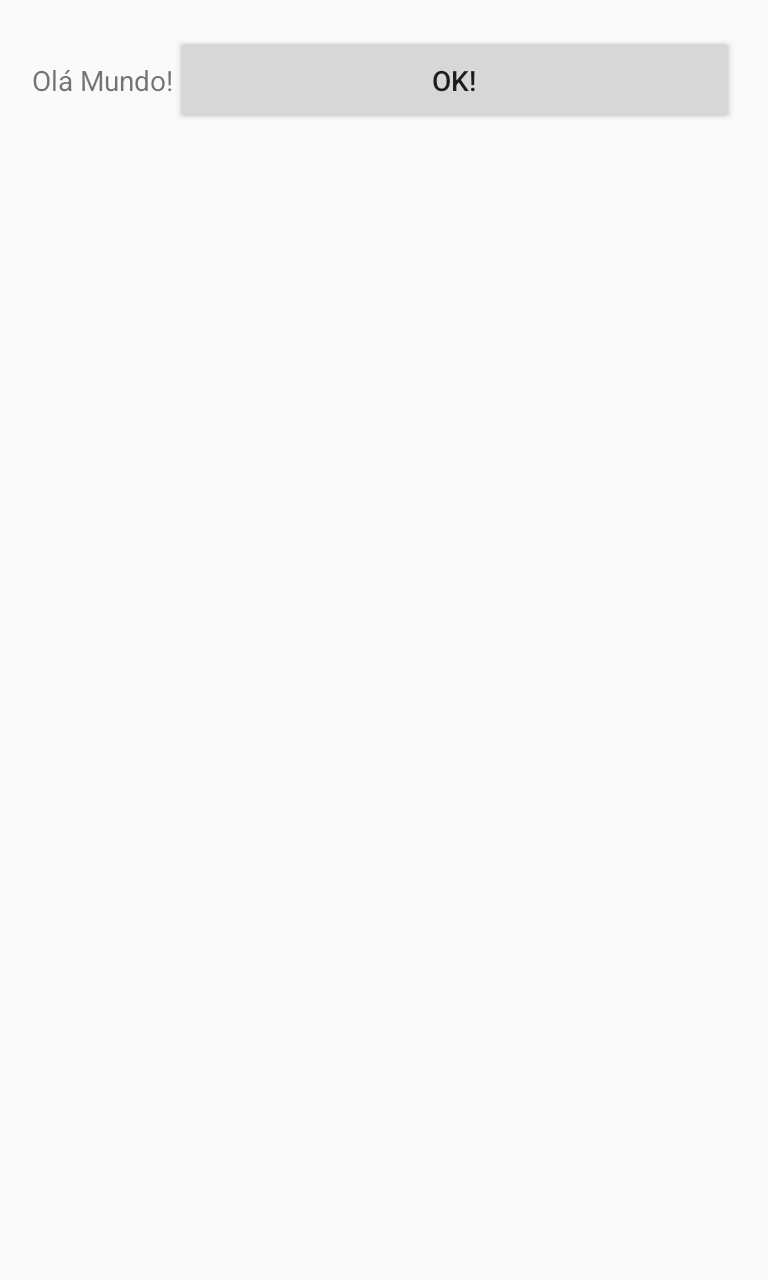
Repository: KaioWeb1/app-minhaCidade
Layout: OlaMundo/res/layout/principal.xml
These files come from the project's save history. The layout is drawn as it stood at one moment and after the next save; the edit follows.
It is drawn on a 768 x 1280 px phone screen (xhdpi) without system bars, with theme AppTheme; the app's code is not run.

Above is the layout before, as saved 2014-09-05 14:59:22.

### OlaMundo/res/layout/principal.xml
<LinearLayout xmlns:android="http://schemas.android.com/apk/res/android"
    xmlns:tools="http://schemas.android.com/tools"
    android:layout_width="match_parent"
    android:layout_height="match_parent"
    android:paddingBottom="@dimen/activity_vertical_margin"
    android:paddingLeft="@dimen/activity_horizontal_margin"
    android:paddingRight="@dimen/activity_horizontal_margin"
    android:paddingTop="@dimen/activity_vertical_margin"
    tools:context="br.com.example.olamundo.OlaMundoActivity" >

    <TextView
        android:layout_width="wrap_content"
        android:layout_height="wrap_content"
        android:text="@string/hello_world" />

    <Button
        android:layout_width="match_parent"
        android:layout_height="wrap_content"
        android:text="@string/ok"
        />

</LinearLayout>

### OlaMundo/res/values/strings.xml
<?xml version="1.0" encoding="utf-8"?>
<resources>

    <string name="app_name">MinhaCidade</string>
    <string name="hello_world">Olá Mundo!</string>
    <string name="action_settings">Configurações</string>
    <string name="ok">OK!</string>


</resources>

Loaded but not shown: OlaMundo/res/values/styles.xml (common file); OlaMundo/res/values-v11/styles.xml (common file); OlaMundo/res/values-v14/styles.xml (common file); OlaMundo/res/values/dimens.xml (common file); OlaMundo/res/values-w820dp/dimens.xml (common file)

After the next save:
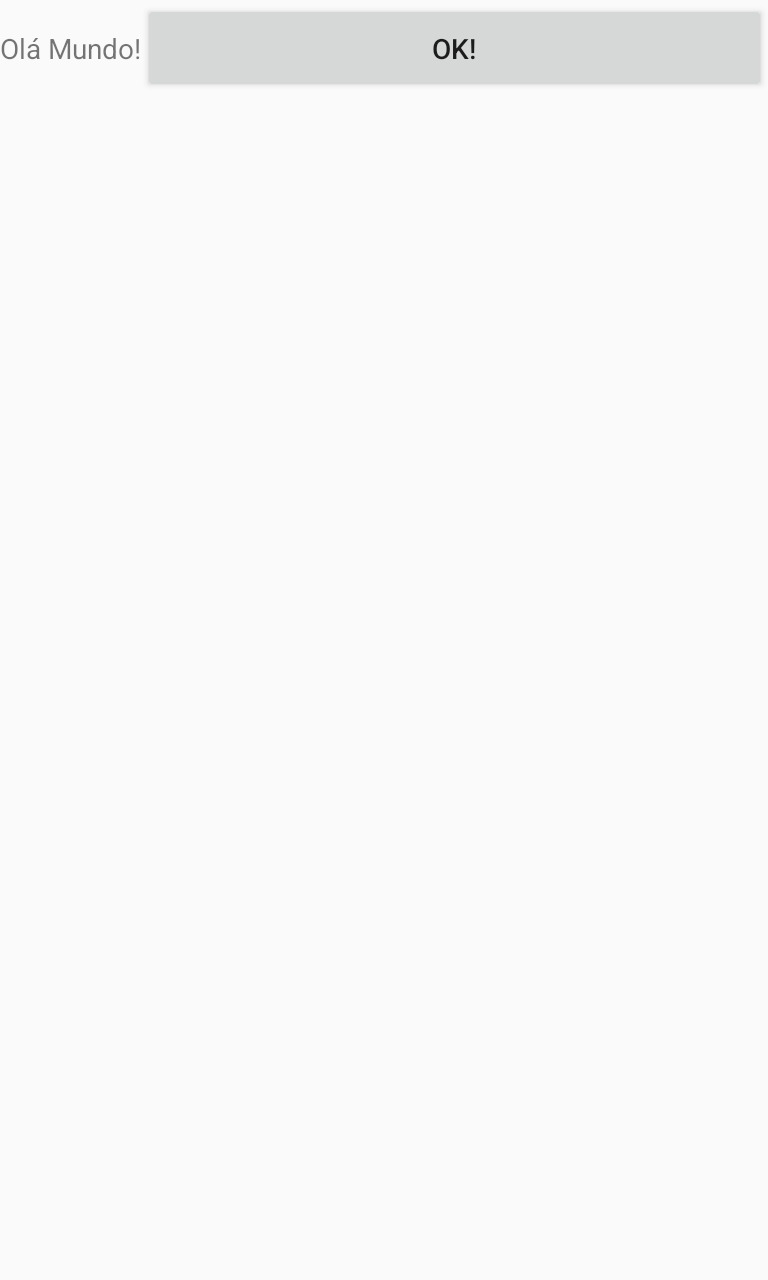
Saved 17 s later.
--- a/OlaMundo/res/layout/principal.xml
+++ b/OlaMundo/res/layout/principal.xml
@@ -2,10 +2,7 @@
     xmlns:tools="http://schemas.android.com/tools"
     android:layout_width="match_parent"
     android:layout_height="match_parent"
-    android:paddingBottom="@dimen/activity_vertical_margin"
-    android:paddingLeft="@dimen/activity_horizontal_margin"
-    android:paddingRight="@dimen/activity_horizontal_margin"
-    android:paddingTop="@dimen/activity_vertical_margin"
+   android:layout_gravity="]"
     tools:context="br.com.example.olamundo.OlaMundoActivity" >
 
     <TextView
